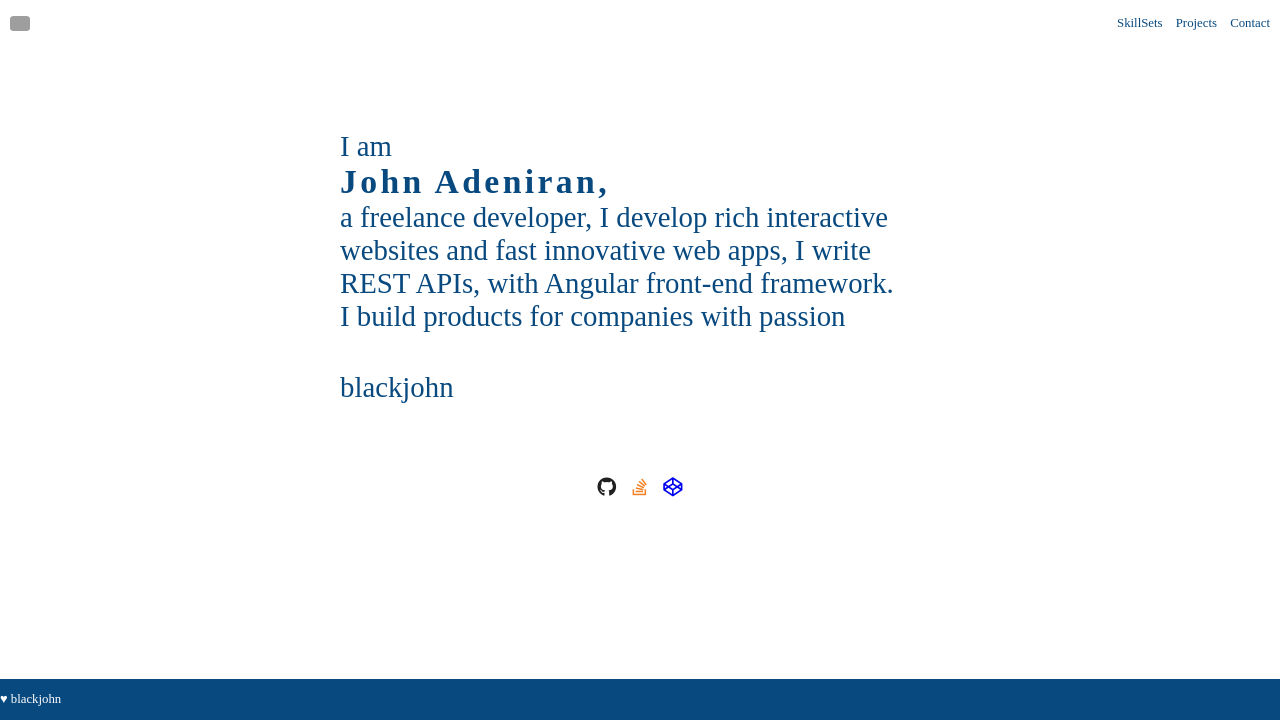
Repository: adeniranjohn/adeniranjohn.github.io
Page: index.html
These files come from the project's save history. The page is drawn as it stood at one moment and after a run of saves; the edit follows.
The browser window is 1280 px wide. The pictures show the whole page.
Pictures or frames that could not be fetched are drawn as grey boxes. Some web libraries are served in a nearby version.

Above is the page before, as saved 2021-04-04 14:07:52.

### index.html
<!DOCTYPE html>
<html lang="en">

<head>
    <meta charset="utf-8">
    <meta http-equiv="X-UA-Compatible" content="IE=edge">
    <title>John Adeniran</title>
    <meta name="description" content="John Adeniran Portfolio page">

    <link rel="manifest" href="manifest.webmanifest">
    <meta name="viewport" content="width=device-width, initial-scale = 1.0,
        maximum-scale=1.0, user-scalable=no" />
        <meta name="theme-color" content="#08497F">
                                <link rel="stylesheet" href="main.css">
                                <link rel="apple-touch-icon" href="icon-192.png">
<link rel="stylesheet" href="https://use.fontawesome.com/releases/v5.8.1/css/all.css"
    integrity="sha384-50oBUHEmvpQ+1lW4y57PTFmhCaXp0ML5d60M1M7uH2+nqUivzIebhndOJK28anvf" crossorigin="anonymous">

</head>

<body>
    <noscript>




    </noscript>
    <header>
            <nav>
                    <ul>
                    <li data-tab-target="#home">
                        <img src="https://res.cloudinary.com/blackjohn/image/upload/v1554350699/BlackJohn.jpg"
                            alt="Adeniran John Profile Image">
                    </li>
                    <span>
                    <li data-tab-target="#skillset">SkillSets</li>
                    <li data-tab-target="#experience">Projects</li>
                    <li data-tab-target="#contact">Contact</li>
                    </span>
                </ul>
            </nav>

    </header>
    <main>
        <section data-section-content id="home" class="active">
            <section id="title">
            <div id="name">
                <span>I am<h1><strong>John Adeniran</strong>,</h1>
                        a freelance developer,
                      I develop rich interactive websites and fast innovative web apps,
                       I write REST APIs, with  Angular front-end framework.<br>
                      I build products for companies with passion</span><br>
                    <span> blackjohn</span>

            </div>

            <section id="tags">
                <ul>
                    <li><a href="https://github.com/adeniranjohn" alt="GitHub" target="_blank" rel="noopener"
                            aria-label="GitHub"><i class="fab fa-github"></i></a>
                    </li>
                    <li><a href="https://stackoverflow.com/users/6594090/adeniran-john" target="_blank" rel="noopener"
                            aria-label="StackOverFlow"><i class="fab fa-stack-overflow" alt="StackOverflow"></i></a>
                    </li>
                    <li><a href="https://codepen.io/jasolajohn" alt="Codepen" target="_blank" rel="noopener"
                            aria-label="Codepen"><i class="fab fa-codepen"></i></a></li>
                </ul>

            </section>
        </section>
        </section>

        <section data-section-content id="skillset">
            <div class="skills">
                <h2><i class="fas fa-laptop-code"></i> Skill sets </h2>
                <ul class="points">

                    <li>
                        <p><strong>Framework: </strong>NodeJS | Express | Angular</p>
                    <li>
                        <p><strong>Technology: </strong>HTML | JSON | ServiceWorker | Single Page Apps | Progressive Web
                            Apps
                    </li>
                    </p>
                    </li>
                    <li>
                        <p><strong>Databases: </strong>Microsoft SQL Sever | MongoDB | MySQL | PostGreSQL</p>
                    </li>
                    <li>
                        <p><strong>IDE: </strong>Visual studio Code | Sublime | Atom</p>
                    </li>
                    <li>
                        <p><strong>Source Control: </strong>GitBash | GitHub</p>
                    </li>
                    <li>
                        <p><strong>Cloud: </strong>Azure | Google Cloud </p>
                    </li>
                    <li>
                        <p><strong>Hardware: </strong>Laptop Repair | Data Recovery | MotherBoard | Printers</p>
                    </li>
                </ul>
                <h2><i class="fas fa-laptop-code"></i> Learning... </h2>
                <ul class="points">

                    <li>
                        <p><strong>Framework: </strong>React | GraphQL</p>
                    <li>
                        <p><strong>Technology: </strong>AWS Lambda, EC2</p>
                    </li>
                    </li>
                    <li>
                        <p><strong>Cloud: </strong>Amazon Web Servicses</p>
                    </li>
                </ul>

            </div>

            </div>
        </section>
        <section data-section-content id="experience">
            <div class="experience">


            <h2><i class="fas fa-tasks"></i>Projects</h2>
            <h3>TrendyThrift</h3><span>www.trendythrift.com.ng</span>
            <ul class="points">
                <li>Tech Stack: MongoDB, Express Angular, NodeJS</li>
                <li> User Interface: Angular Material </li>
                <li>Hosting: Firebase, Heroku</li>
            </ul>
            <h3>PerfectWash</h3><span>www.perfectwash.ng</span>
            <ul class="points">
                <li>Tech Stack: MongoDB, Express Angular, NodeJS</li>
                <li> User Interface: Angular Material </li>
                <li> Hosting: Firebase, Heroku</li>
            </ul>

            <h2><i class="fas fa-tasks"></i>On-going Projects </h2>
            <h3>Co-Operative box</h3><span>www.trendythrift.com.ng</span>
            <ul class="points">
                <li>Tech Stack: PostGreSQL, Express Angular, NodeJS</li>
                <li> User Interface: Angular Material </li>
                <li>Hosting: Firebase, AWS</li>
            </ul>
            <h3>Learning Management System</h3>
            <ul class="points">
                <li>Tech Stack: MongoDB, Express Angular, NodeJS</li>
                <li> User Interface: Angular Material </li>
                <li> Hosting: Firebase, AWS</li>
            </ul>

         </div>
        </section>
        <section data-section-content id="contact">
            <div class="contact">
            <h2><i class="far fa-thumbs-up"></i>Reach out</h2>

            <div id="messageme">
                <h4>Socials</h4>
                <p><a href="https://twitter.com/jasolajohn" alt="Twitter" target="_blank" rel="noopener" aria-label="Twitter">
                    <i class="fab fa-twitter"></i> @jasolajohn</a></p>
                <p><a href="https://www.linkedin.com/in/adeniranjohn" alt="LinkedIn" target="_blank" rel="noopener"
                    aria-label="LinkedIn"><i class="fab fa-linkedin"></i> LinkedIn</a></p>
            </div>
                <h4>Contacts</h4>
                <p><a  href="mailto:jasolajohn@gmail.com"  alt="Email" target="_blank" rel="noopener"><i class="fas fa-envelope"></i>jasolajohn@gmail.com</a></p>
                <p><a href="tel: +2348031510308" alt="Phone" target="_blank" rel="noopener"><i class="fas fa-mobile-alt"></i>08131510308</a></p>
            </div>

        </section>


    </main>
<!--
<footer>
    <span><a href="https://goo.gl/maps/5BUL1kiMXyK5koTF9" alt="Location" target="_blank" rel="noopener"></a><i class="fas fa-map-marker-alt"></i>Lagos,Nigeria</span>

    <button><a href="https://docs.google.com/document/d/1spjwshgeOjIvIsZfotHmAr0LVjTlstLbj85rArdgb8A/edit?usp=sharing" alt="CV" download="adeniranjohnCV" target="_blank" rel="noreferrer">Download CV</a></button>


 </footer>-->

 <footer>
<p> &hearts; blackjohn</p>
 </footer>
<script src="main.js" async defer></script>


</body>

</html>

### main.css
html,
body {
    font-family: 'montserrat';
    padding: 0;
    margin: 0;
    font-size: 16px;
    color: #08497F;
}

body {
    width: 100%;
    max-width: 960px;

}

header {
    padding: 0;
    margin: 0;
}



h1 {
    letter-spacing: 0.1em;
    margin: 0;
    padding: 0;
}

section#title {
    display: grid;
    place-items: center;
    vertical-align: middle;
}


section#title,
section#tags {
    margin-top: 50px;
}

div#name {
    vertical-align: middle;

}

div#name span {
    padding-top: 20px;
    margin: 0 auto;
    display: block;
    font-size: 10px;
    text-align: left;
    max-width: 600px;
    font-size: 1.8rem;
}


div#messageme a {
    text-decoration: none;
}

section#title {
    text-align: center;
    padding: 10px;
}

section#tags {
    text-align: center;
}

section#tags ul {
    display: flex;
    list-style-type: none;
    max-width: 500px;
    flex-flow: row;
    flex-wrap: wrap;
    margin: 10px auto;
    padding: 5px;
}




section#tags ul li i {
    font-size: 1.2em;

}

section#tags ul li {
    display: flex;
    margin: auto;
    padding: 0.2em;
}

div.skills,
div.contact,
div.experience {
    margin: 0 auto;
    padding: 10px;
}

nav {
    padding: 0;
    margin: 0 auto;
    line-height: 20px;
    position: fixed;
    top: 0px;
    width: 100vw;
    cursor: pointer;
    display: block;
    font-size: 0.8em;
}

nav ul {
    list-style-type: none;
    padding: 0 5px;
    display: block;

}

nav ul span {
    float: right;
}

nav ul span::after {
    clear: both;
}




nav ul li {
    padding: 5px;
    display: inline;
    color: #08497F;
    text-align: center;
    list-style-type: none;
    font-weight: 500;

}

nav ul li img {
    width: 20px;
    vertical-align: middle;
    border-radius: 20%;
}


nav ul li img:hover {
    width: 30px;
}

nav ul li:hover {
    font-size: 125%;

}

a {
    text-decoration: none;
}

i {
    padding: 5px;
}

p.techskill {
    font-size: 2.5em;
}

p.techskill i.fa-html5 {
    color: #F16529;
}

.fa-css3 {
    color: #264de4;
}

.fa-js {
    color: #323330;
    background-color: #F0DB4F;
    padding: 0;
}

.fa-node-js {
    color: #3C873A;
}

.fa-angular {
    color: #B52E31;
}

.fa-git {
    color: #f34f29;
}

.fa-whatsapp {
    color: #4FCE5D;
}

.fa-twitter {
    color: #00acee;
}

.fa-envelope {
    color: red;
}

.fa-mobile-alt {
    color: black;
}

.fa-map-marker-alt {
    color: red;
}

section#tags ul li i.fa-github {
    color: #211F1F;
}

section#tags ul li i.fa-stack-overflow {
    color: #F48024
}

section#tags ul li i.fa-linkedin {
    color: #0e76a8;
}

span.date {
    font-size: 0.8em;
}

label {
    display: block;
}



button {
    margin: 0.5em 0;
}


footer {
    position: fixed;
    bottom: 0px;
    display: flex;
    flex-flow: row;
    background-color: #08497F;
    width: 100vw;
    justify-content: space-between;
    color: white;
    font-size: 0.8em;
}

footer span {
    text-decoration: none;
    color: white;
    padding: 2px;


}

footer button {
    background-color: white;
    color: #08497F;
    border-radius: 5px;
}


[data-section-content],
article {
    display: none;


    padding: 0;
    margin: 0;
}

article#home {
    padding: 100px 10px;
}

.active[data-section-content] {
    display: block;
    padding: 50px 10px 10px 10px;
    box-sizing: border-box;
    height: 90vh;
    width: 100vw;
}

button {
    border: none;
    padding: 5px;
    box-shadow: none;
    color: white;
}

button a {
    text-decoration: none;
}

a:visited {
    text-decoration: none;
}

### main.js


const tabs = document.querySelectorAll('[data-tab-target]');
const tabContents = document.querySelectorAll('[data-section-content]');


tabs.forEach((tab) => {
    tab.addEventListener('click', () => {
        const target = document.querySelector(tab.dataset.tabTarget);
        tabContents.forEach(( tabContent) => {
            tabContent.classList.remove('active');
        })
        target.classList.add('active');

    })
})

After the next 2 saves:
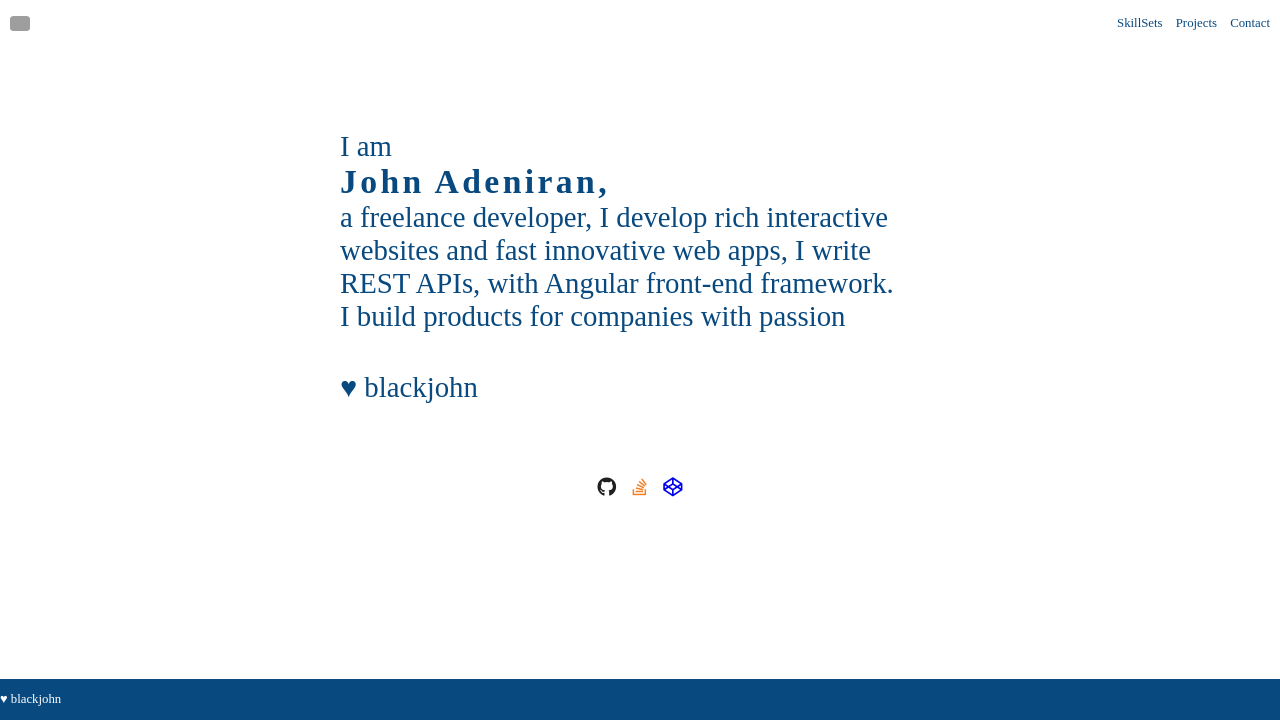
The 2 saves are shown as one change because they came seconds apart.
The last was saved 12 s later.
--- a/index.html
+++ b/index.html
@@ -50,7 +50,7 @@
                       I develop rich interactive websites and fast innovative web apps,
                        I write REST APIs, with  Angular front-end framework.<br>
                       I build products for companies with passion</span><br>
-                    <span> blackjohn</span>
+                    <span>&hearts; blackjohn</span>
 
             </div>
 
